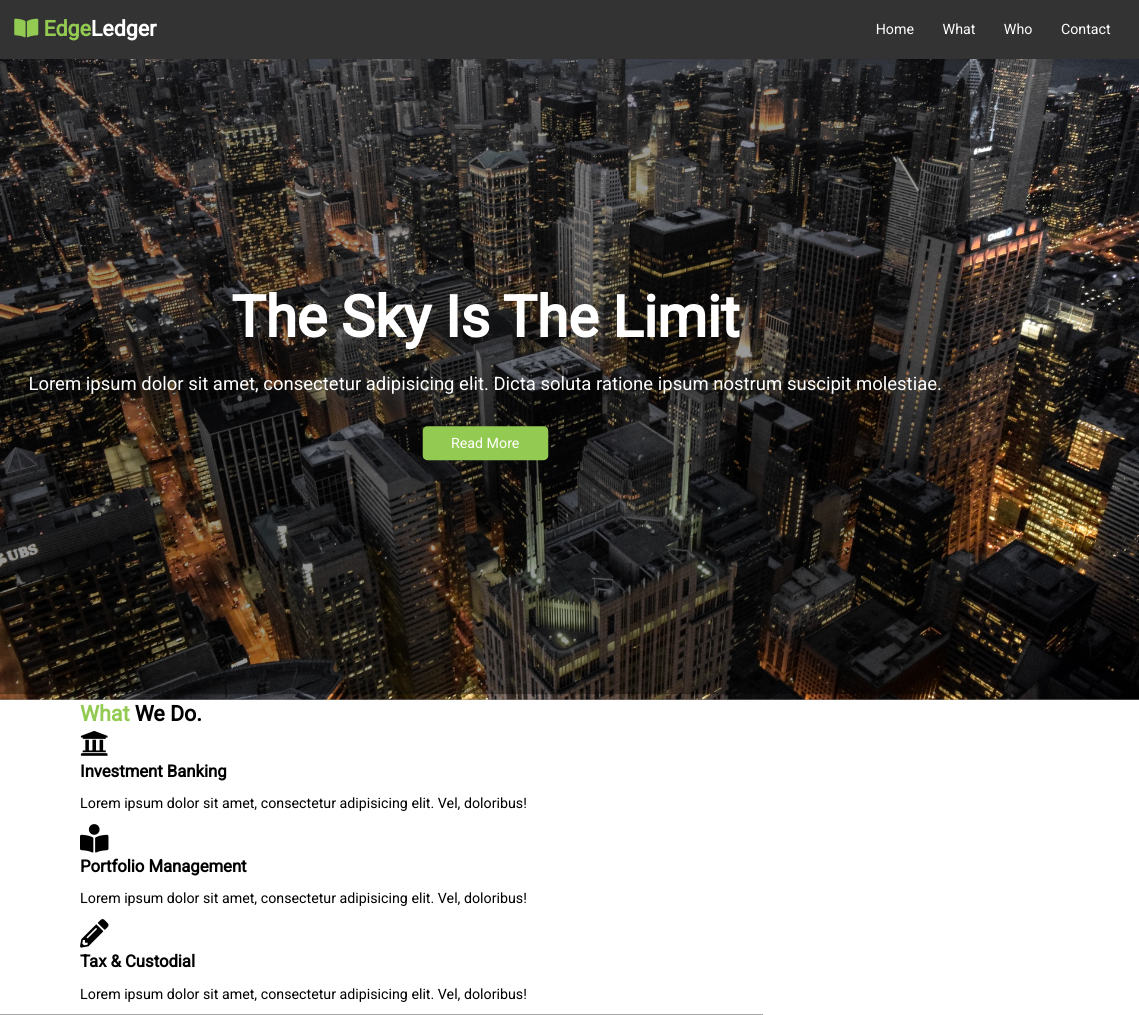
Repository: dimlutine/EdgeLedger
Page: index.html
These files come from the project's save history. The page is drawn as it stood at one moment and after the next save; the edit follows.
The browser window is 1280 px wide. The pictures show the whole page, at 89% of full size.
Some web libraries are served in a nearby version.

Above is the page before, as saved 2019-07-06 19:13:42.

### index.html
<!DOCTYPE html>
<html lang="en">

<head>
    <meta charset="UTF-8">
    <meta name="viewport" content="width=device-width, initial-scale=1.0">
    <meta http-equiv="X-UA-Compatible" content="ie=edge">
    <link rel="stylesheet" href="https://use.fontawesome.com/releases/v5.6.3/css/all.css" integrity="sha384-UHRtZLI+pbxtHCWp1t77Bi1L4ZtiqrqD80Kn4Z8NTSRyMA2Fd33n5dQ8lWUE00s/" crossorigin="anonymous">
    <link rel="stylesheet" media="screen and (max-width: 768px)" href="css/mobile.css">
    <link rel="stylesheet" media="screeb abd (min-width: 1100px)" href="css/widescreen.css">
    <link rel="stylesheet" href="css/style.css">
    <title>EdgeLedger Financial | Accounting & Investment</title>
</head>

<body id="home">
    <!-- Navbar -->
    <nav id="navbar">
        <h1 class="logo">
            <span class="text-primary"><i class="fas fa-book-open"></i> Edge</span>Ledger
        </h1>
        <ul>
            <li><a href="#home">Home</a></li>
            <li><a href="#what">What</a></li>
            <li><a href="#who">Who</a></li>
            <li><a href="#contacts">Contact</a></li>
        </ul>
    </nav>
    <!-- Header: Showcase -->
    <header id="showcase">
        <div class="showcase-content">
            <h1 class="l-heading">
                The Sky Is The Limit
            </h1>
            <p class="lead">Lorem ipsum dolor sit amet, consectetur adipisicing elit. Dicta soluta ratione ipsum nostrum suscipit molestiae.</p>
            <a href="#what" class="btn">Read More</a>
        </div>
    </header>
    <!-- Section: What We Do -->
    <section id="what" class="bg-light py-1">
        <div class="container">
            <h2 class="m-heading text-center">
                <span class="text-primary">What</span> We Do.
            </h2>
            <div class="items">
                <div class="item">
                    <i class="fas fa-university fa-2x"></i>
                    <div>
                        <h3>Investment Banking</h3>
                        <p>Lorem ipsum dolor sit amet, consectetur adipisicing elit. Vel, doloribus!</p>

                    </div>
                </div>
                <div class="item">
                    <i class="fas fa-book-reader fa-2x"></i>
                    <div>
                        <h3>Portfolio Management</h3>
                        <p>Lorem ipsum dolor sit amet, consectetur adipisicing elit. Vel, doloribus!</p>

                    </div>
                </div>
                <div class="item">
                    <i class="fas fa-pencil-alt fa-2x"></i>
                    <div>
                        <h3>Tax & Custodial</h3>
                        <p>Lorem ipsum dolor sit amet, consectetur adipisicing elit. Vel, doloribus!</p>

                    </div>
                </div>
            </div>
        </div>
    </section>
</body>

</html>

### css/style.css
@import url('https://fonts.googleapis.com/css?family=Roboto&display=swap');
* {
    margin: 0;
    padding: 0;
}

body {
    font-family: 'Roboto', sans-serif;
    line-height: 1.4;
}

a {
    text-decoration: none;
}

p {
    margin: .75rem 0;
}


/* Utility Classes */

.container {
    max-width: 1100px;
    margin: auto;
    padding: 0 2rem;
    overflow: hidden;
}

.text-primary {
    color: #93cb52;
}

.l-heading {
    font-size: 4rem;
    margin-bottom: 0.75rem;
    line-height: 1.1;
}

.lead {
    font-size: 1.3rem;
    margin-bottom: 2rem;
}

.btn {
    display: inline-block;
    color: #fff;
    background: #93cb52;
    padding: 0.5rem 2rem;
    border: none;
    border-radius: 5px;
}

.btn:hover {
    background: #7ab436;
}

.btn-dark {
    background: #333;
    color: #fff;
}


/* Navbar */

#navbar {
    display: flex;
    position: sticky;
    top: 0;
    background: #333;
    color: #fff;
    justify-content: space-between;
    z-index: 1;
    padding: 1rem;
}

#navbar ul {
    display: flex;
    align-items: center;
    list-style: none;
}

#navbar ul li a {
    color: #fff;
    padding: 0.75rem;
    margin: 0 0.25rem;
}

#navbar ul li a:hover {
    background: #93cb52;
    border-radius: 5px;
}


/* Showcase */

#showcase {
    background: #333 url(../img/showcase.jpg) no-repeat center center/cover;
    height: 100vh;
    color: #fff;
}

#showcase .showcase-content {
    height: 100%;
    display: flex;
    flex-direction: column;
    justify-content: center;
    text-align: center;
    align-items: center;
    padding: 0 2rem;
    /* Overlay */
    position: absolute;
    top: 60px;
    left: 0;
    background-color: rgba(0, 0, 0, .4);
}

Loaded but not shown: css/mobile.css (no stored copy; drawn as an empty file); css/widescreen.css (no stored copy; drawn as an empty file)

After the next save:
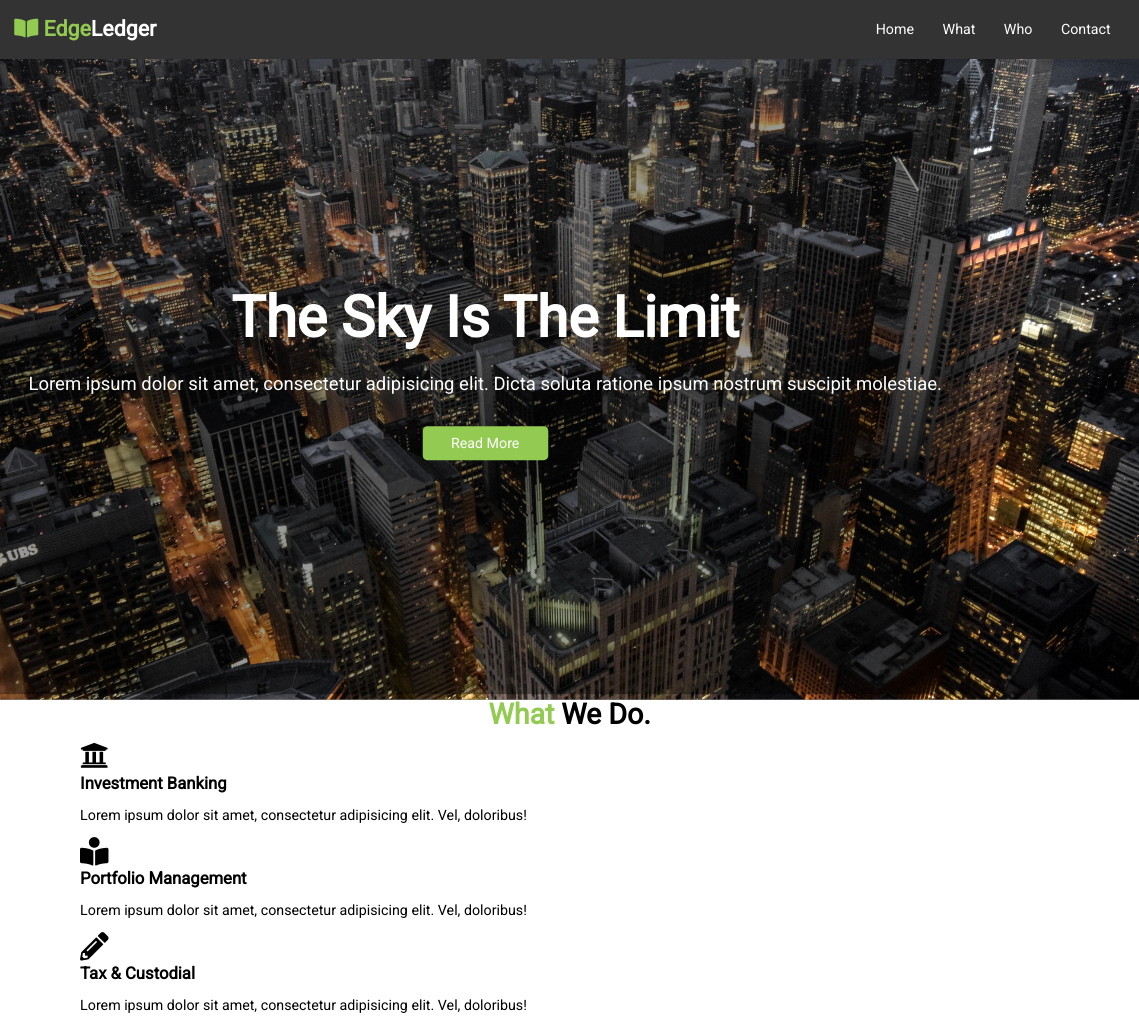
Saved 52 s later.
--- a/css/style.css
+++ b/css/style.css
@@ -20,6 +20,10 @@
 
 /* Utility Classes */
 
+.text-center {
+    text-align: center;
+}
+
 .container {
     max-width: 1100px;
     margin: auto;
@@ -34,6 +38,12 @@
 .l-heading {
     font-size: 4rem;
     margin-bottom: 0.75rem;
+    line-height: 1.1;
+}
+
+.m-heading {
+    font-size: 2rem;
+    margin-bottom: .75rem;
     line-height: 1.1;
 }
 
